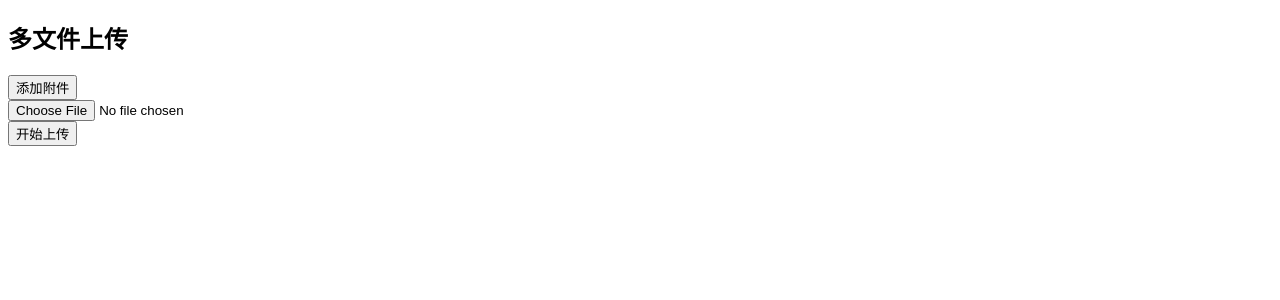
Repository: iamsongpeng/java-web-demo
Page: http://localhost/java-web-demo-upload-01/manyFileUpload.jsp
The author's editor kept a copy of each file at every save. The page is drawn from the files as they stood at one save, then again after the next save.
The browser window is 1280 px wide. The pictures show the whole page.
After loading, the first visible `input` was clicked once.
The page is served by Tomcat 9. Other server files are loaded and not shown.

Above is the page before, as saved 2017-06-12 06:06:14.

### java-web-demo-upload-01/WebContent/manyFileUpload.jsp
<%@ page language="java" contentType="text/html; charset=UTF-8"
    pageEncoding="UTF-8"%>
<!DOCTYPE html PUBLIC "-//W3C//DTD HTML 4.01 Transitional//EN" "http://www.w3.org/TR/html4/loose.dtd">
<html>
<head>
<meta http-equiv="Content-Type" content="text/html; charset=UTF-8">
<title>多文件上传</title>
<script type="text/javascript">
	/*
	// 实现方式1：innerHTML
	// 增加
	function addItem() {
		var uploadDiv = document.getElementById("uploadDiv");
		uploadDiv.innerHTML += '<div><input type="file" name="uploadfile"><a href="javascript:void(0)" onclick="delItem(this)">删除</a></div>';
	}

	*/

	// 实现方式2：appendChild 和 createElement
	function addItem() {
		// 创建 div 标签
		var _div = document.createElement("div");
		// 创建 input 标签
		var _input = document.createElement("input");
		// 添加属性
		_input.setAttribute("type", "file");
		_input.setAttribute("name", "upload");
		// 创建 a 标签
		var _a = document.createElement("a");
		// 添加属性
		_a.setAttribute("href", "javascript:void(0)");
		_a.setAttribute("onclick", "delItem(this)");

		_div.appendChild(_input);
		_div.appendChild(_a);
		document.getElementById("uploadDiv").appendChild(_div);
	}

	// 删除
	function delItem(_this) {
		document.getElementById("uploadDiv").removeChild(_this.parentNode);
	}
</script>
</head>
<body>
	<h2>多文件上传</h2>
	<form method="post" enctype="multipart/form-data" action="${pageContext.request.contextPath }/uploadFiles">
		<input type="button" value="添加附件" onclick="addItem()">
		<div id="uploadDiv">
		</div>
		<input type="submit" value="开始上传">
	</form>
</body>
</html>

After the next save:
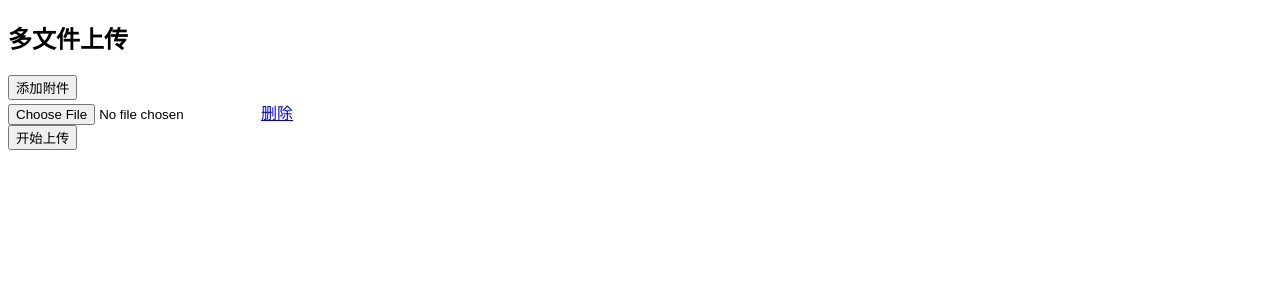
Saved 3 min 0 s later.
--- a/java-web-demo-upload-01/WebContent/manyFileUpload.jsp
+++ b/java-web-demo-upload-01/WebContent/manyFileUpload.jsp
@@ -30,6 +30,7 @@
 		// 添加属性
 		_a.setAttribute("href", "javascript:void(0)");
 		_a.setAttribute("onclick", "delItem(this)");
+		_a.innerHTML = "删除";
 
 		_div.appendChild(_input);
 		_div.appendChild(_a);
